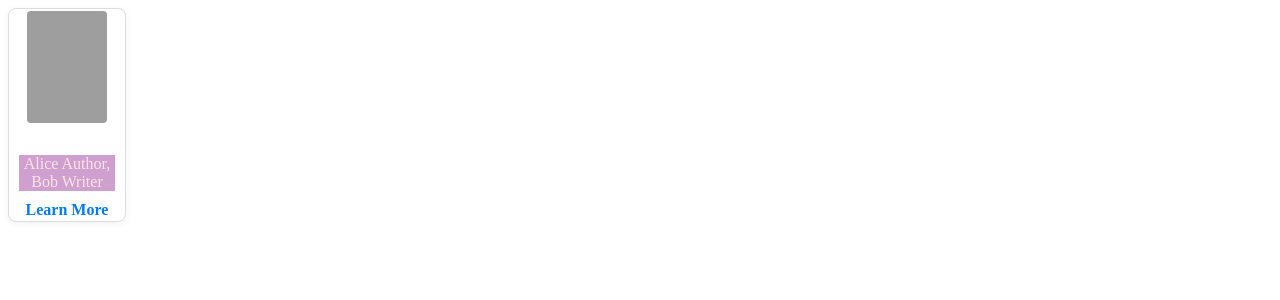
Repository: Micaelavalmores/BookCatalog
Page: /
The author's editor kept a copy of each file at every save. The page is drawn from the files as they stood at one save, then again after the next save.
The browser window is 1280 px wide. The pictures show the whole page.
Pictures or frames that could not be fetched are drawn as grey boxes. The project was rebuilt for these pictures with package versions that can differ from the ones it lists, and the page was loaded fresh each time. Also part of the build but not shown: vite.config.js, src/index.css.

Above is the page before, as saved 2025-09-16 22:50:14.

After the next save:
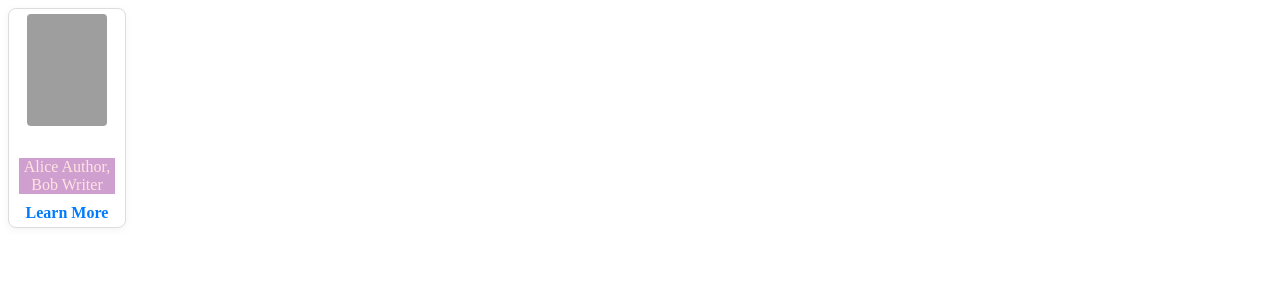
Saved 7 s later.
--- a/src/assets/book.css
+++ b/src/assets/book.css
@@ -2,7 +2,7 @@
     max-width: 6em;
     border: 1px solid #ddd;
     border-radius: 8px;
-    padding: 2px 10px;
+    padding: 5px 10px;
     display: flex;
     flex-direction: column;
     align-items: center;
